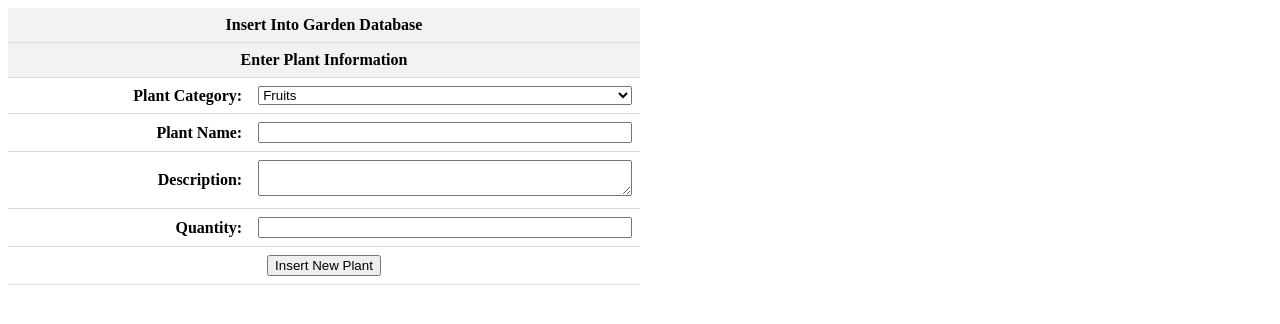
Repository: bkyncl/csd-430
Page: http://localhost/kyncl_08/form.jsp
These files come from the project's save history. The page is drawn as it stood at one moment and after the next save; the edit follows.
The browser window is 1280 px wide. The pictures show the whole page.
The page is served by Tomcat 9. Other server files are loaded and not shown.

Above is the page before, as saved 2023-07-04 06:14:12.

### kyncl_08/src/main/webapp/form.jsp
<%@ page language="java" contentType="text/html; charset=ISO-8859-1"
    pageEncoding="ISO-8859-1"%>
<!DOCTYPE html>
<html>
<head>
<meta charset="ISO-8859-1">
<title>Insert Records Form</title>
<style>
    table {
        border-collapse: collapse;
        width: 50%;
    }
    th, td {
        padding: 8px;
        text-align: left;
        border-bottom: 1px solid #ddd;
    }
    th {
        background-color: #f2f2f2;
        text-align: center;
    }
    td.label-cell {
        text-align: right;
        font-weight: bold;
    }
    input[type="text"],
    textarea,
    select {
        width: 100%;
        box-sizing: border-box;
    }
    #button-container {
        text-align: center;
    }
    #button {
        display: inline-block;
    }
</style>
</head>
<body>
	<table>
		<tr>
	        <th colspan="3">Insert Into Garden Database</th>
	    </tr>
	    <tr>
	        <th colspan="3">Enter Plant Information</th>
	    </tr>
	    <tr>
	        <td class="label-cell">
	            <label for="category">Plant Category:</label>
	        </td>
	        <td colspan="2">
	            <select name="category" id="category">
	                <option value="1">Fruits</option>
	                <option value="2">Vegetables</option>
	                <option value="3">Herbs</option>
	            </select>
	        </td>
	    </tr>
	    <tr>
	        <td class="label-cell">
	            <label for="name">Plant Name:</label>
	        </td>
	        <td colspan="2">
	            <input type="text" name="name" id="name" required maxlength="50">
	        </td>
	    </tr>
	    <tr>
	        <td class="label-cell">
	            <label for="description">Description:</label>
	        </td>
	        <td colspan="2">
	            <textarea name="description" id="description" maxlength="200"></textarea>
	        </td>
	    </tr>
	    <tr>
	        <td class="label-cell">
	            <label for="quantity">Quantity:</label>
	        </td>
	        <td colspan="2">
	            <input type="text" name="quantity" id="quantity" required pattern="[0-9]+">
	        </td>
	    </tr>
	    <tr>
	        <td colspan="3" id="button-container">
	            <input id="button" type="submit" value="Insert New Plant">
	        </td>
	    </tr>
	</table>
</body>
</html>

After the next save:
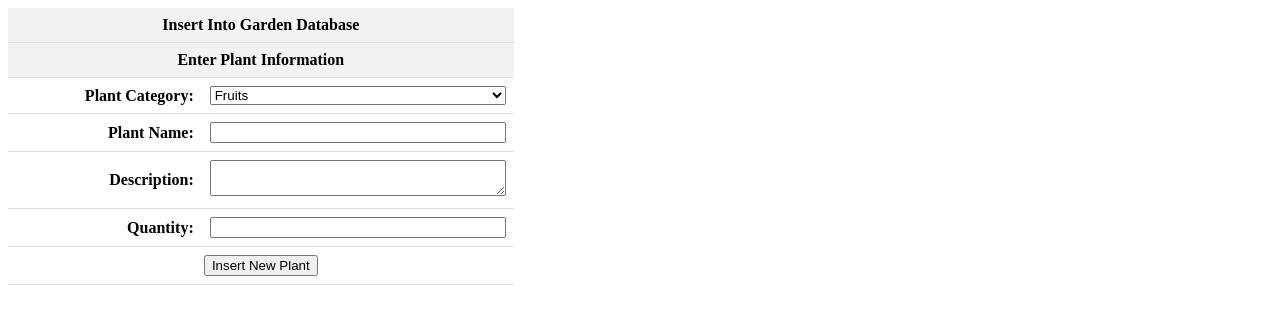
Saved 11 s later.
--- a/kyncl_08/src/main/webapp/form.jsp
+++ b/kyncl_08/src/main/webapp/form.jsp
@@ -8,7 +8,7 @@
 <style>
     table {
         border-collapse: collapse;
-        width: 50%;
+        width: 40%;
     }
     th, td {
         padding: 8px;
